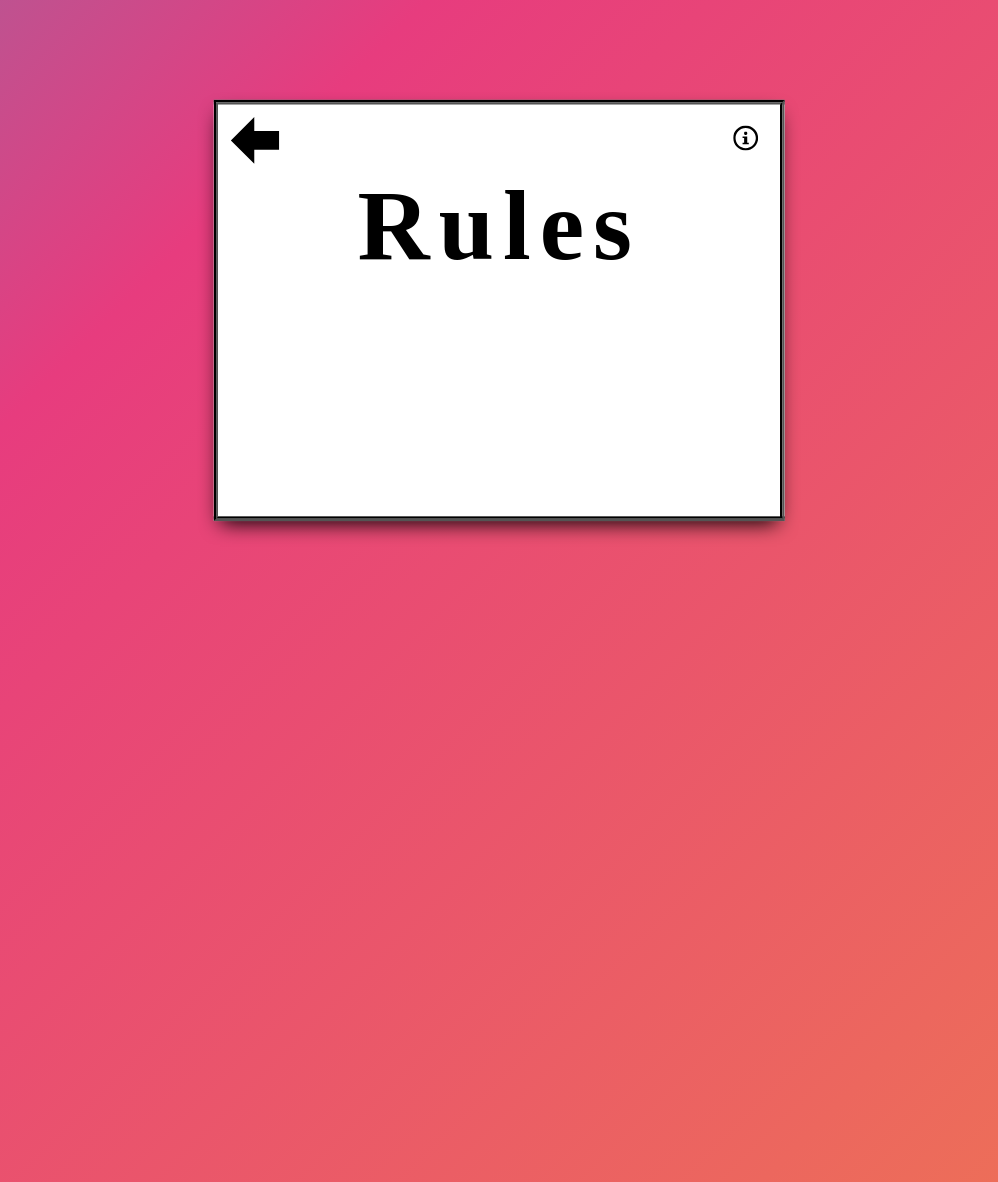
Repository: PatrickTheCodeGuy/QuizApp
Page: /newGame (app in quizapp/)
An editor plug-in stored every save of this project. The page is shown before and after the next save, followed by the edit.
The browser window is 1280 px wide. The pictures show the whole page, at 78% of full size.
The project was rebuilt for these pictures with package versions that can differ from the ones it lists, and the page was loaded fresh each time. A package was used in the major version that the imports need, not the one package.json lists. Also part of the build but not shown: quizapp/src/App.css, quizapp/src/components/Leaderboard/Leaderboard.css, quizapp/src/components/Leaderboard/Leaderboard.js, quizapp/src/components/StartMenu/StartMenu.css, quizapp/src/components/StartMenu/StartMenu.js, quizapp/src/App.js.

Above is the page before, as saved 2021-07-08 20:24:01.

### quizapp/src/index.js
import React from 'react';
import ReactDOM from 'react-dom';
import './index.css';
import App from './App';
import GameInfo from './components/GameInfo/GameInfo';
import reportWebVitals from './reportWebVitals';
import {
  BrowserRouter as Router,
  Switch,
  Route,
  Link
} from "react-router-dom";

ReactDOM.render(
  <React.StrictMode>
    <Router>
          <Switch>
              <Route exact path="/" component={App}/>
              <Route path="/newGame" component={GameInfo}/>
          </Switch>
      </Router>
  </React.StrictMode>,
  document.getElementById('root')
);

// If you want to start measuring performance in your app, pass a function
// to log results (for example: reportWebVitals(console.log))
// or send to an analytics endpoint. Learn more: https://bit.ly/CRA-vitals
reportWebVitals();

### quizapp/src/index.css
body {
  margin: 0;
  font-family: -apple-system, BlinkMacSystemFont, 'Segoe UI', 'Roboto', 'Oxygen',
    'Ubuntu', 'Cantarell', 'Fira Sans', 'Droid Sans', 'Helvetica Neue',
    sans-serif;
  -webkit-font-smoothing: antialiased;
  -moz-osx-font-smoothing: grayscale;
  background: linear-gradient(-45deg, #ee7752, #e73c7e, #23a6d5, #23d5ab);
    background-size: 400% 400%;
    animation: gradient 15s ease infinite;
}

code {
  font-family: source-code-pro, Menlo, Monaco, Consolas, 'Courier New',
    monospace;
}
html, body, #app, #app>div {
  width: 100%;
  height:100%;
}

hr.rounded {
  border-top: 5px solid black;
    border-radius: 1px;
    width: 55%;
}

#root{
  display:flex;
}


@keyframes gradient {
    0% {
        background-position: 0% 50%;
    }
    50% {
        background-position: 100% 50%;
    }
    100% {
        background-position: 0% 50%;
    }
}

### quizapp/src/components/GameInfo/GameInfo.js
import React, { useState } from 'react';
import './GameInfo.css';
import {
	Link
} from 'react-router-dom';
import{ ImArrowLeft, ImInfo }from 'react-icons/im';
import Modal from 'react-modal';


function GameInfo() {
	// Fix for screen readers getting an error on modal mount
	Modal.setAppElement('#root');

	// Modal hook
	const [modalIsOpen, setModalIsOpen] = useState(false);
    return(
        <div className="gameInfo-container">
            <div className="gameInfo-header">
                <Link className="back-button" to="/">
																		<ImArrowLeft size={64} className="back-arrow"/>
																</Link>
																<button class="modal-button"onClick={() => setModalIsOpen(true)}>
																	<ImInfo size={32} className="info-icon"/>
																</button>
																<Modal onRequestClose={() => setModalIsOpen(false)} isOpen={modalIsOpen}>
																		<h1>Modal is Open</h1>
																</Modal>
            </div>
            <div className="gameInfo-body">
																<h5 class="rules-text">Rules</h5>
            </div>

												</div>
    )
}

export default GameInfo;

### quizapp/src/components/GameInfo/GameInfo.css
.gameInfo-container{
    border: 6px groove black;
    text-align: center;
    background-color: white;
    box-shadow: 0px 12px 25px -8px #000000;
    width: 45em;
    height: 33em;
    margin: 10% auto;
}

.back-button {
    margin-left: 2%;
    margin-top: 2%;
    color: rgb(0, 0, 0);
}

.back-button:hover {
    color: rgba(26, 26, 26, 0.749);
    transform: translateY(2px);
}

.modal-button{
    border: none;
    width: 45px;
    height: 45px;
    margin-right: 3%;
    margin-top: 3%;
    background:white;
    color: black;
}

.rules-text{
    font-family: 'Pacifico', cursive;
    font-size: 3em;
    font-size: 8em;
    letter-spacing: 0.09em;
    margin-top: 0%;
}



.modal-button:hover {
    color: rgba(40, 40, 40, 0.811);
    transform: translateY(2px);
}

.gameInfo-header{
    display: flex;
    justify-content: space-between;
}

Loaded but not shown: quizapp/src/reportWebVitals.js (common file)

After the next save:
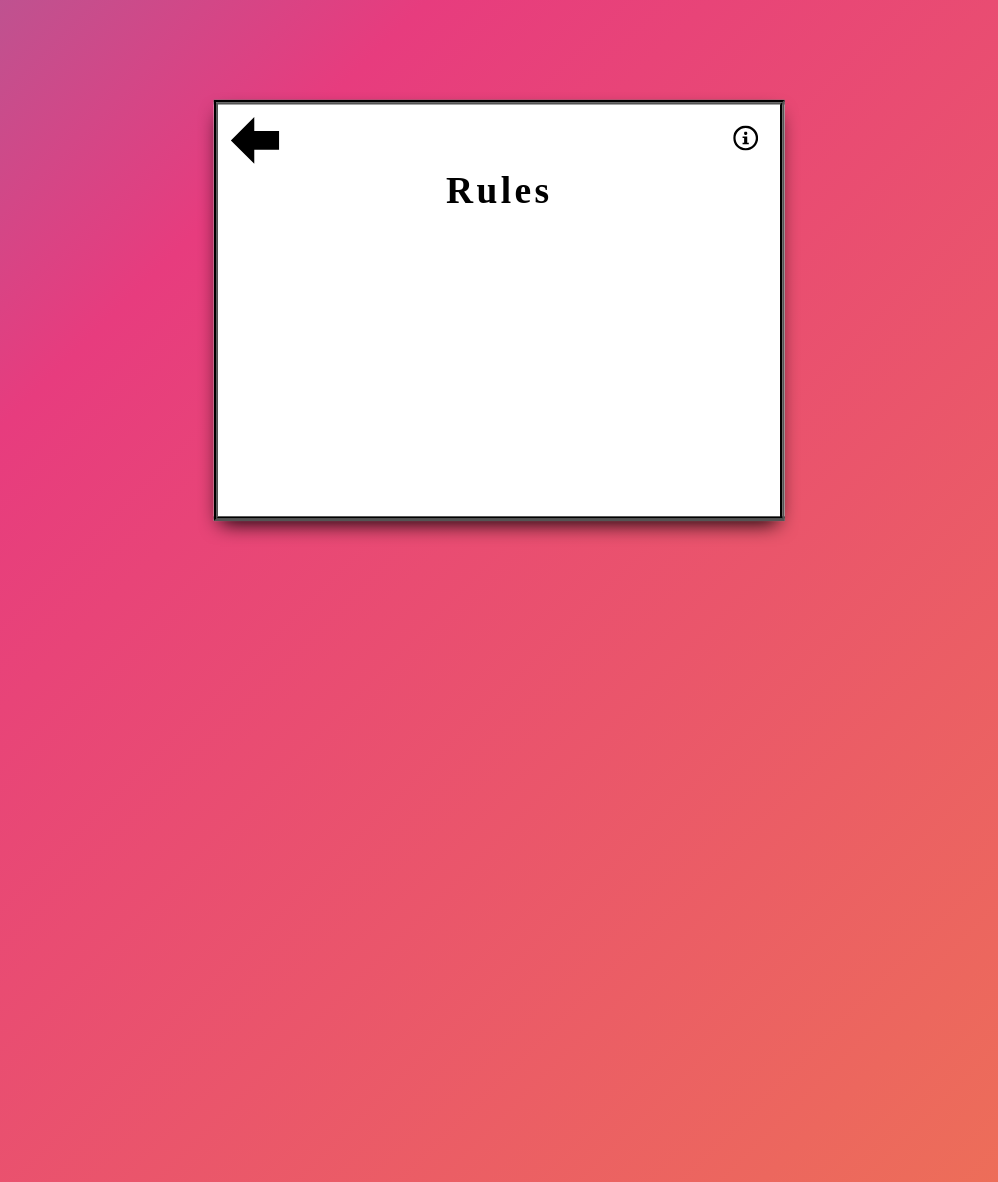
Saved 19 s later.
--- a/quizapp/src/components/GameInfo/GameInfo.css
+++ b/quizapp/src/components/GameInfo/GameInfo.css
@@ -32,7 +32,6 @@
 .rules-text{
     font-family: 'Pacifico', cursive;
     font-size: 3em;
-    font-size: 8em;
     letter-spacing: 0.09em;
     margin-top: 0%;
 }
